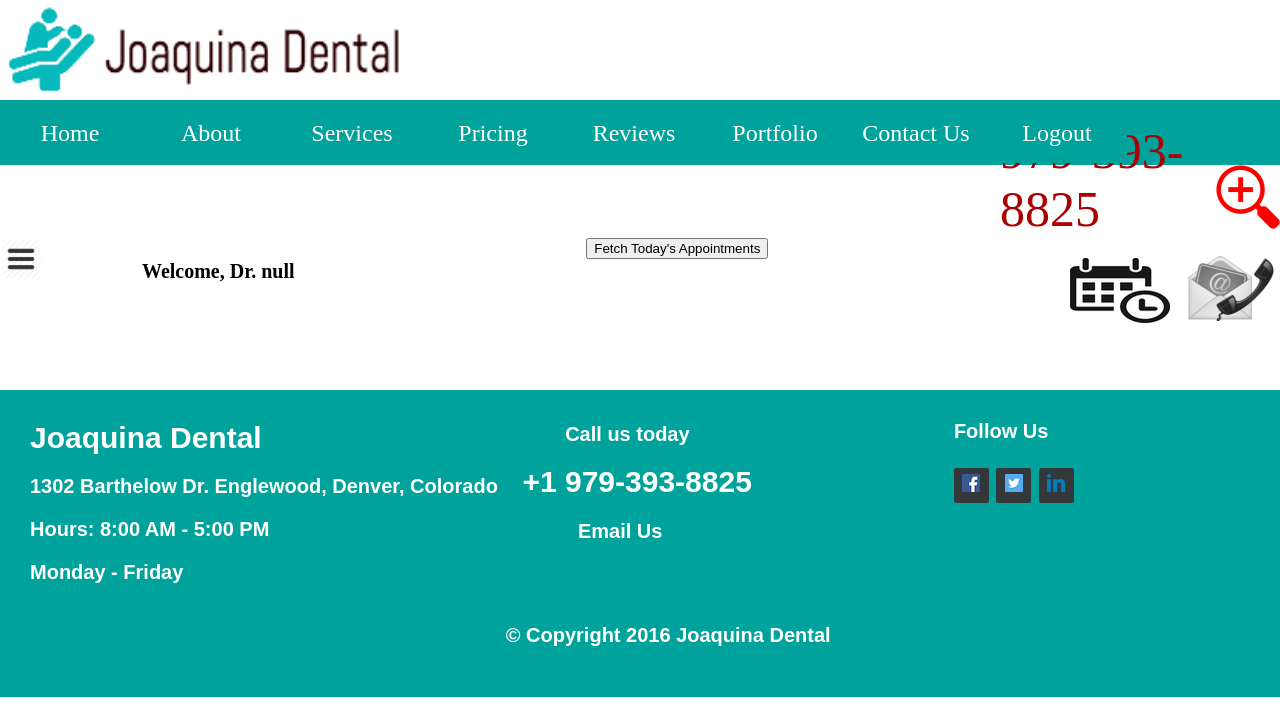
Repository: ManjushaBolishetty/test
Page: http://localhost/test/DentistHomePage.jsp
An editor plug-in stored every save of this project. The page is shown before and after the next save, followed by the edit.
The browser window is 1280 px wide. The pictures show the whole page.
The page is served by Tomcat 9.

Above is the page before, as saved 2016-04-03 17:30:30.

After the next save:
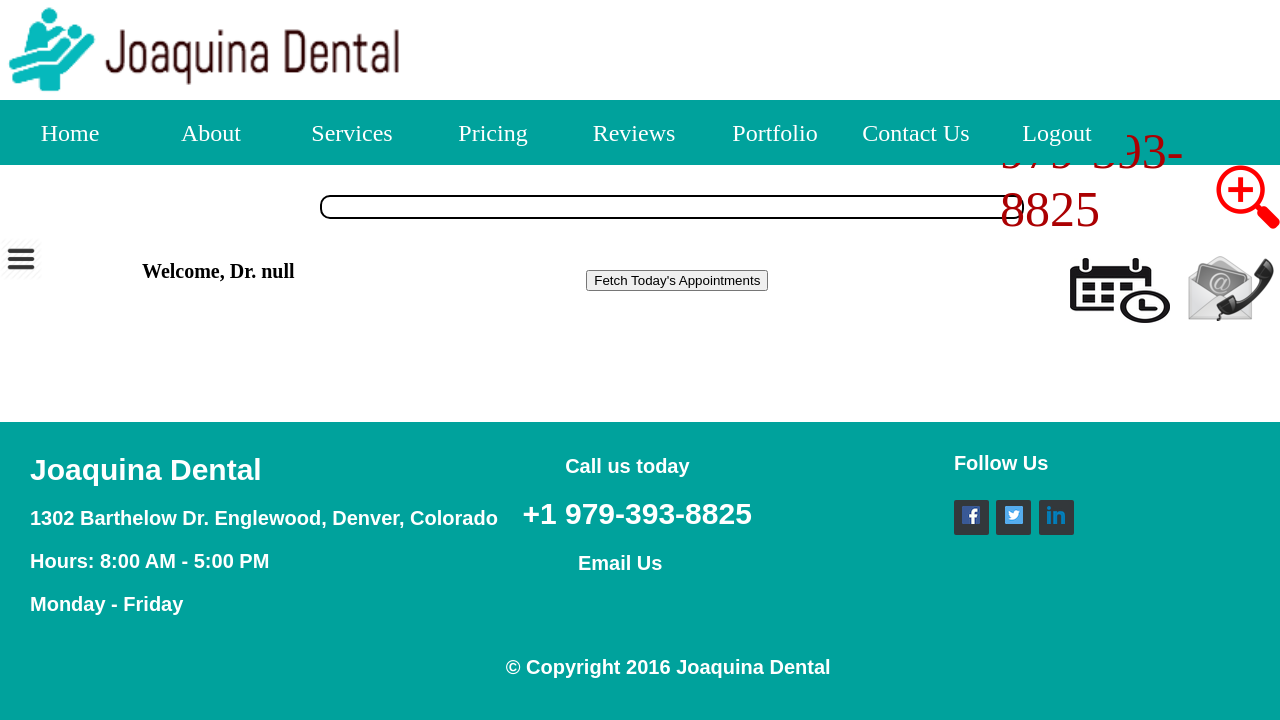
Saved 91 s later.
--- a/test/WebContent/DentistHomePage.jsp
+++ b/test/WebContent/DentistHomePage.jsp
@@ -35,6 +35,9 @@ $(document).ready(function(){
 });
 </script>
 <body>
+<div id="cover">
+</div>
+
 <div class="Logindate">
 <%
    Date date = new Date();
